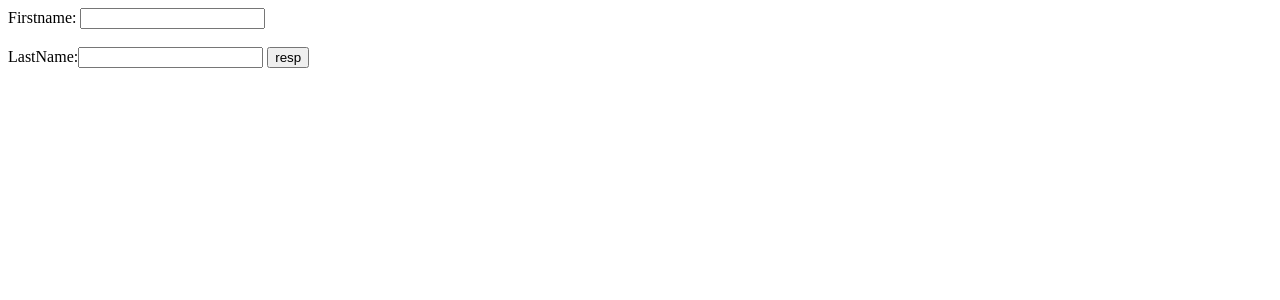
Repository: MaheshYadavM/my-frist-repo
Page: ReqestDispatcherServltt/WebContent/EmpDetails.html
The author's editor kept a copy of each file at every save. The page is drawn from the files as they stood at one save, then again after the next save.
The browser window is 1280 px wide. The pictures show the whole page.

Above is the page before, as saved 2022-08-26 06:21:38.

### ReqestDispatcherServltt/WebContent/EmpDetails.html
<!DOCTYPE html>
<html>

<body>
  Firstname:  <input type="text" name="fn"></input><br><br>
  LastName:<input type="text" name="ln">
  <input type="submit" value="resp">
</body>
</html>

After the next save:
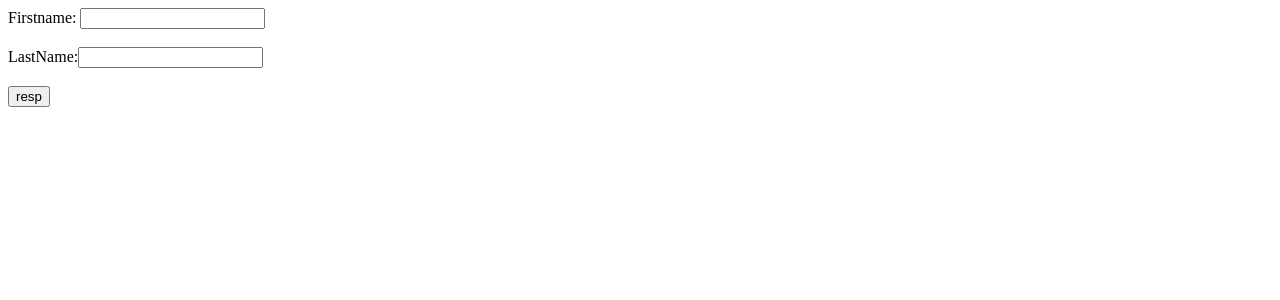
Saved 28 s later.
--- a/ReqestDispatcherServltt/WebContent/EmpDetails.html
+++ b/ReqestDispatcherServltt/WebContent/EmpDetails.html
@@ -3,7 +3,7 @@
 
 <body>
   Firstname:  <input type="text" name="fn"></input><br><br>
-  LastName:<input type="text" name="ln">
+  LastName:<input type="text" name="ln"><br><br>
   <input type="submit" value="resp">
 </body>
 </html>
